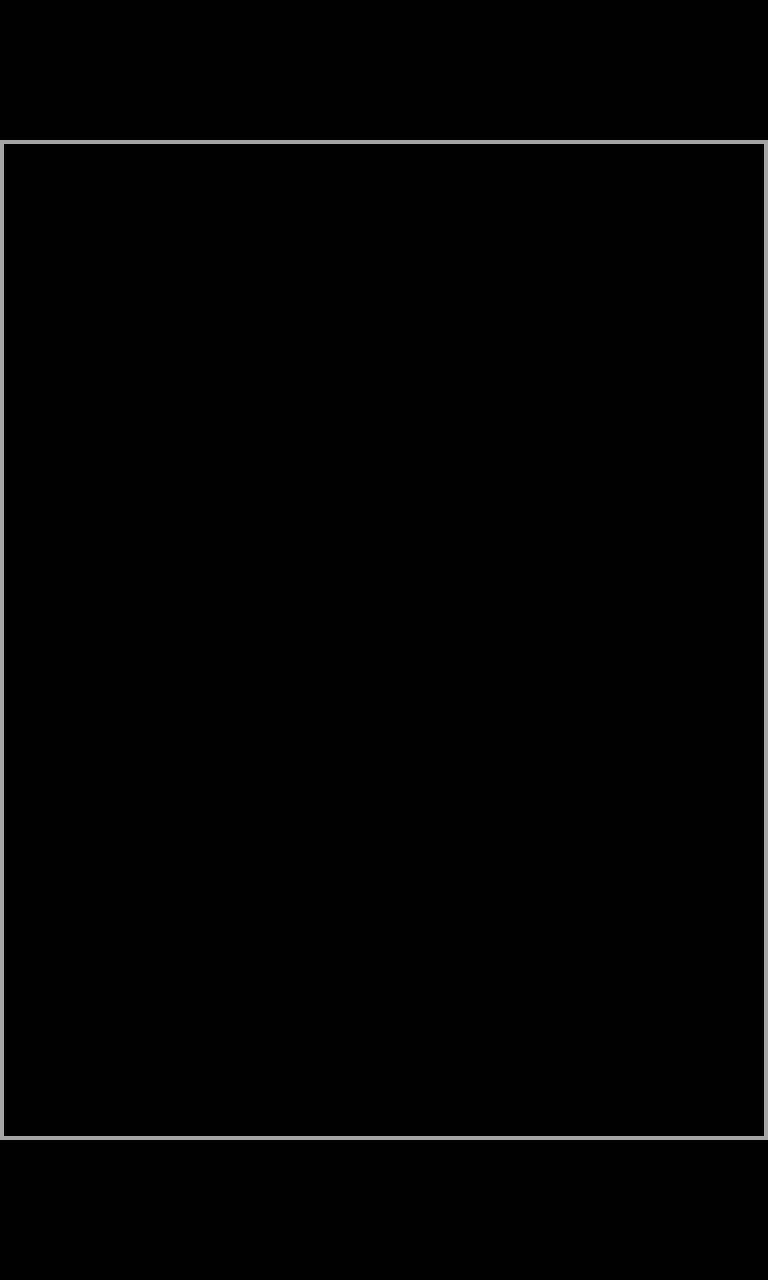
Repository: jellydiamonds/Proto
Layout: Android/CameraSafePreview/res/layout/selection.xml
The author's editor kept a copy of each file at every save. The layout is drawn from the files as they stood at one save, then again after the next save.
It is drawn on a 768 x 1280 px phone screen (xhdpi) without system bars, with theme android:Theme.Black.NoTitleBar.Fullscreen; the app's code is not run.

Above is the layout before, as saved 2014-04-03 13:27:01.

### Android/CameraSafePreview/res/layout/selection.xml
<?xml version="1.0" encoding="utf-8"?>
<RelativeLayout xmlns:android="http://schemas.android.com/apk/res/android"
    android:layout_width="match_parent"
    android:layout_height="match_parent"
    android:orientation="horizontal" >

    	<Button
			    android:id="@+id/button_selection"
				android:layout_width="500dp"
				android:layout_height="500dp"
				android:background="@drawable/picture_rect_selection"
				android:layout_centerVertical="true"
			    android:layout_centerHorizontal="true"
			    android:alpha="0.7"
				 />

</RelativeLayout>

### Android/CameraSafePreview/res/drawable/picture_rect_selection.xml
<?xml version="1.0" encoding="utf-8"?>
<selector xmlns:android="http://schemas.android.com/apk/res/android">
    <item android:state_pressed="true" >
		<shape xmlns:android="http://schemas.android.com/apk/res/android" android:shape="rectangle" >
			<!-- <solid android:color="#dd2222"/>-->
    		<stroke android:width="3dp" android:color="#dd1111" />
		</shape>
    </item>
    <item>
		<shape xmlns:android="http://schemas.android.com/apk/res/android" android:shape="rectangle">
		    	<stroke android:width="2dp" android:color="#eeeeee" />
		</shape>
    </item>
</selector>

After the next save:
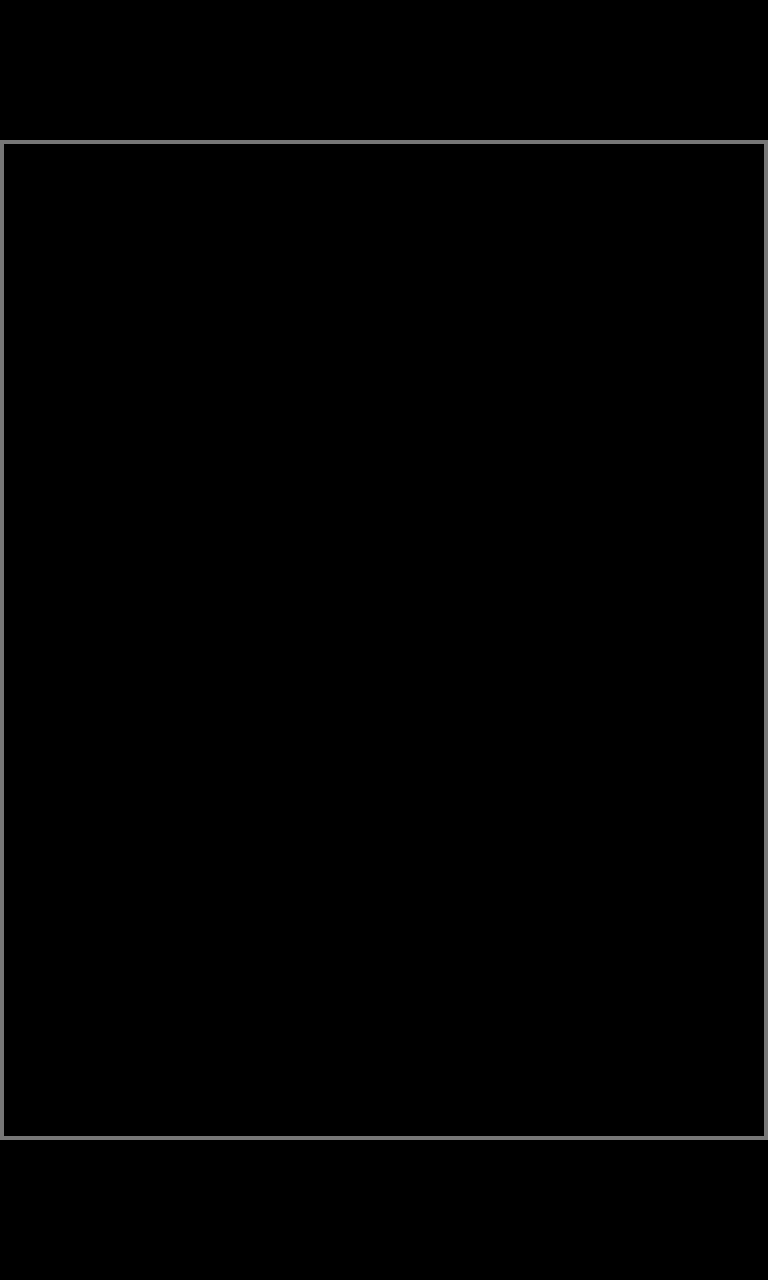
Saved 20 s later.
--- a/Android/CameraSafePreview/res/layout/selection.xml
+++ b/Android/CameraSafePreview/res/layout/selection.xml
@@ -11,7 +11,7 @@
 				android:background="@drawable/picture_rect_selection"
 				android:layout_centerVertical="true"
 			    android:layout_centerHorizontal="true"
-			    android:alpha="0.7"
+			    android:alpha="0.5"
 				 />
 
 </RelativeLayout>
